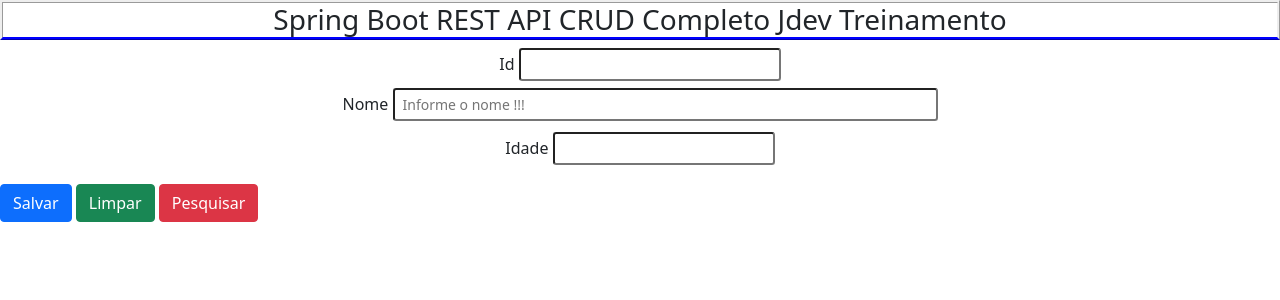
Repository: isaquelimaof/REST-API-SpringBoot
Page: springboot-rest-api-sample/src/main/resources/static/index.html
The author's editor kept a copy of each file at every save. The page is drawn from the files as they stood at one save, then again after the next save.
The browser window is 1280 px wide. The pictures show the whole page.

Above is the page before, as saved 2022-05-05 18:05:58.

### springboot-rest-api-sample/src/main/resources/static/index.html
<!DOCTYPE html>
<html lang="pt-br">
<head>
<meta charset="utf-8">
<meta name="viewport" content="width=device-width, initial-scale=1">
<link rel="stylesheet" type="text/css" href="css.css" media="screen" />
<!-- Bootstrap CSS -->
<link
	href="https://cdn.jsdelivr.net/npm/bootstrap@5.1.3/dist/css/bootstrap.min.css"
	rel="stylesheet"
	integrity="sha384-1BmE4kWBq78iYhFldvKuhfTAU6auU8tT94WrHftjDbrCEXSU1oBoqyl2QvZ6jIW3"
	crossorigin="anonymous">
<title>API REST FULL</title>
</head>
<body>
	<h3>Spring Boot REST API CRUD Completo Jdev Treinamento</h3>

	<form action="" id="formCadastroUser">

		<div class="mb-1">
			<label for="id" class="form-label">Id</label> <input type="text"
				class="form-control-sm" id="id" size="25px" readonly="readonly">
		</div>
		<div class="mb-2">
			<label for="nome" class="form-label">Nome</label> <input type="text"
				id="nome" class="form-control-sm" size="60px"
				placeholder="Informe o nome !!!">
		</div>
		<div class="mb-3">
			<label for="idade" class="form-label">Idade</label> <input
				type="number" class="form-control-sm" id="idade">
		</div>
	</form>

	<button type="button" class="btn btn-primary" onclick="salvarUsuario()">Salvar</button>
	<button type="button" class="btn btn-success"
		onclick="document.getElementById('formCadastroUser').reset()">Limpar</button>
	<button type="button" class="btn btn-danger" data-bs-toggle="modal"
		data-bs-target="#modalPesquisarUser" data-bs-whatever="@getbootstrap">Pesquisar</button>

	<div class="modal fade" id="modalPesquisarUser" tabindex="-1"
		aria-labelledby="exampleModalLabel" aria-hidden="true">
		<div class="modal-dialog">
			<div class="modal-content">
				<div class="modal-header">
					<h5 class="modal-title" id="exampleModalLabel">Pesquisar
						Usuário</h5>
					<button type="button" class="btn-close" data-bs-dismiss="modal"
						aria-label="Close"></button>
				</div>
				<div class="modal-body">
					<form>
						<div class="mb-3">
							<label for="nameBusca" class="col-form-label">Nome:</label>
							<input type="text" class="form-control" id="nameBusca">
						</div>

						<button type="button" class="btn btn-success">Pesquisar !</button>
						<!-- <div class="mb-3">
							<label for="message-text" class="col-form-label">Message:</label>
							<textarea class="form-control" id="message-text"></textarea>
						</div>  -->

					</form>

					<table class="table">
						<thead>
							<tr>
								<th scope="col">ID</th>
								<th scope="col">Nome</th>
								<th scope="col">Editar</th>
							</tr>
						</thead>
						<tbody>
							<tr>
								<th scope="row">1</th>
								<td>Mark</td>
								<td>Otto</td>
								<td>@mdo</td>
							</tr>
							<tr>
								<th scope="row">2</th>
								<td>Jacob</td>
								<td>Thornton</td>
								<td>@fat</td>
							</tr>

						</tbody>
					</table>

				</div>

				<!-- <div class="modal-footer">
						<button type="button" class="btn btn-primary">Send message</button>-->
				<button type="button" class="btn btn-danger" data-bs-dismiss="modal">Sair
					!</button>

			</div>
		</div>
	</div>
	</div>


	<script src="https://code.jquery.com/jquery-3.6.0.min.js"
		integrity="sha256-/xUj+3OJU5yExlq6GSYGSHk7tPXikynS7ogEvDej/m4="
		crossorigin="anonymous"></script>

	<!-- Option 1: Bootstrap Bundle with Popper -->
	<script
		src="https://cdn.jsdelivr.net/npm/bootstrap@5.1.3/dist/js/bootstrap.bundle.min.js"
		integrity="sha384-ka7Sk0Gln4gmtz2MlQnikT1wXgYsOg+OMhuP+IlRH9sENBO0LRn5q+8nbTov4+1p"
		crossorigin="anonymous"></script>


	<script type="text/javascript">
		function salvarUsuario() {
			//busca valores no campo
			var id = $("#id").val();
			var nome = $("#nome").val();
			var idade = $("#idade").val();

			//Trabalhando com Ajax - Sempre vai ser usado esse modelo para se comunicar com a API
			$.ajax({
				method : "POST",
				url : "salvar",
				data : JSON.stringify({
					id : id,
					nome : nome,
					idade : idade
				}),
				contentType : "application/json; charset=utf-8",
				success : function(response) {
					$("#id").val(response.id);
					alert("Salvo com Sucesso!");
				}
			}).fail(function(xhr, status, errorThrown) {
				alert("Erro ao salvar usuario !: " + xhr.responseText);
			});

		}
	</script>

</body>
</html>

### springboot-rest-api-sample/src/main/resources/static/css.css
@charset "utf-8";

h3 {
	text-align: center;

}
.mb-1{
	text-align: center;
}
.mb-2{
	text-align: center;
}
.mb-3{
	text-align: center;
}

.class .btn {
	text-align: center;
}
h3 {
	border-style: ridge;
	border-bottom-color: blue;
	}

After the next save:
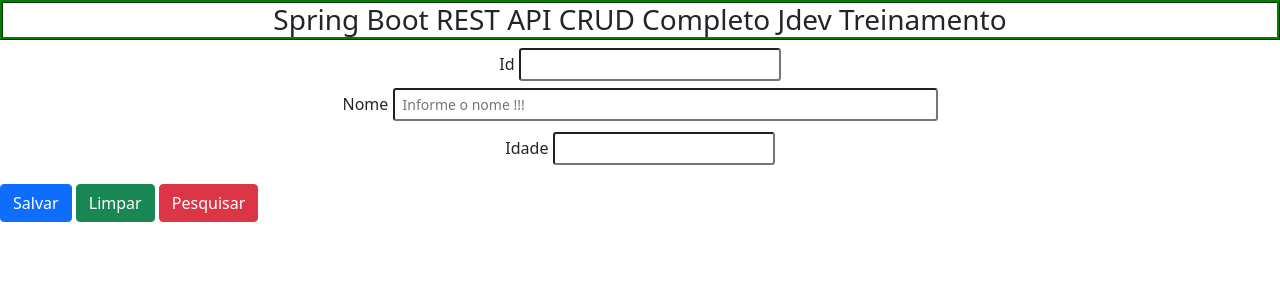
Saved 20 s later.
--- a/springboot-rest-api-sample/src/main/resources/static/css.css
+++ b/springboot-rest-api-sample/src/main/resources/static/css.css
@@ -20,4 +20,5 @@ h3 {
 h3 {
 	border-style: ridge;
 	border-bottom-color: blue;
+	border-color: green;
 	}
